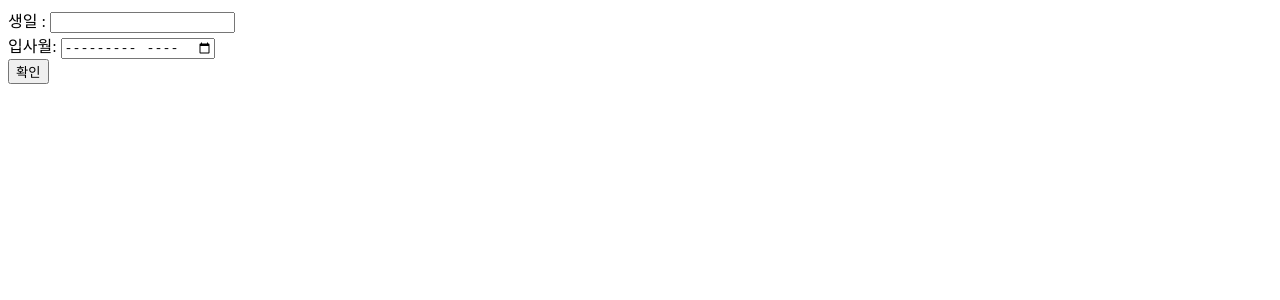
Repository: Jin0207/html_css
Page: day1130/src/main/webapp/dateTest.html
The author's editor kept a copy of each file at every save. The page is drawn from the files as they stood at one save, then again after the next save.
The browser window is 1280 px wide. The pictures show the whole page.

Above is the page before, as saved 2021-11-30 06:07:10.

After the next save:
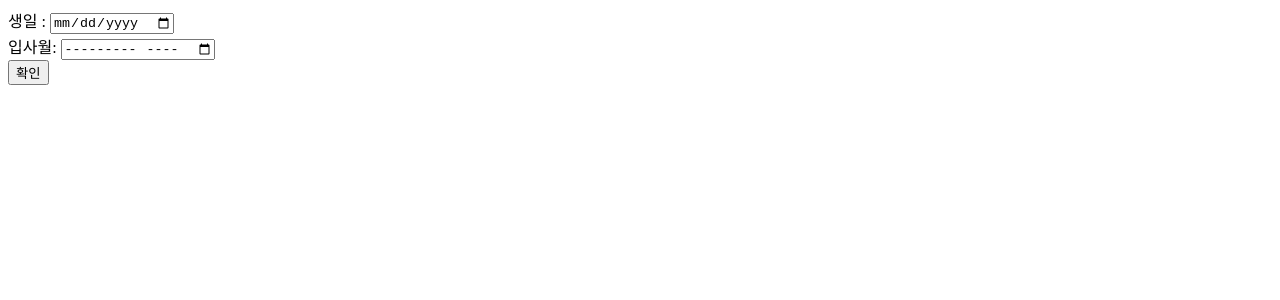
Saved 29 s later.
--- a/day1130/src/main/webapp/dateTest.html
+++ b/day1130/src/main/webapp/dateTest.html
@@ -7,7 +7,7 @@
 <body>
 	<form action="dateTestOK.jsp" method="post">
 		생일 :
-		<input type="text" name="birthDate"><br>
+		<input type="date" name="birthDate"><br>
 		입사월:
 		<input type="month" name="hireDate"><br>
 		<input type="submit" value="확인">
